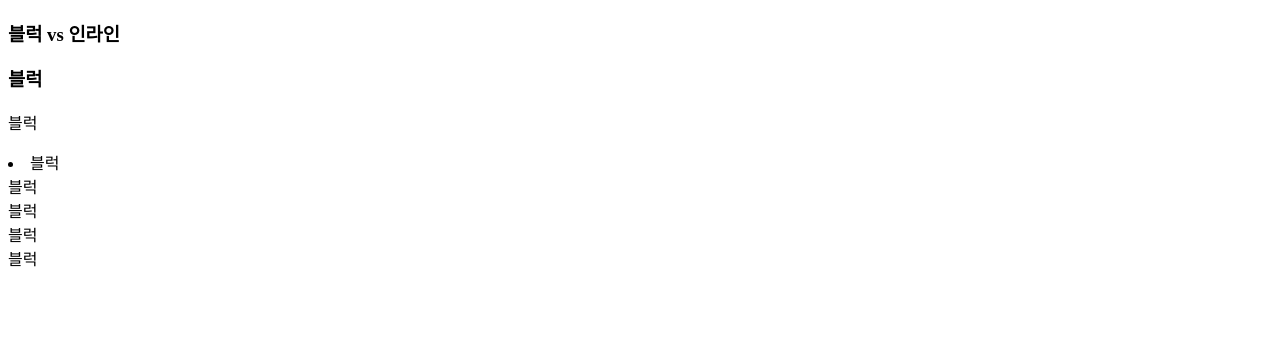
Repository: YeonHaw/jsp
Page: JSPBasic/src/main/webapp/HTML/Index06.html
These files come from the project's save history. The page is drawn as it stood at one moment and after the next save; the edit follows.
The browser window is 1280 px wide. The pictures show the whole page.

Above is the page before, as saved 2023-12-27 03:42:15.

After the next save:
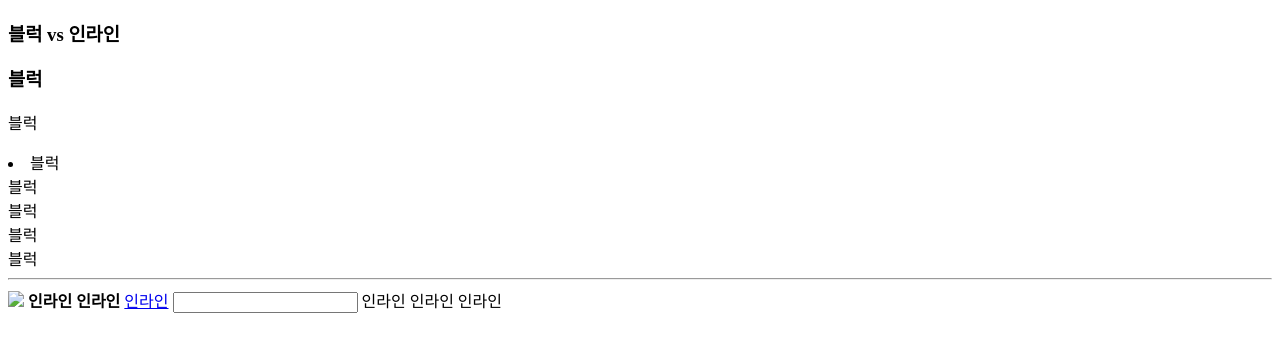
Saved 3 min 34 s later.
--- a/JSPBasic/src/main/webapp/HTML/Index06.html
+++ b/JSPBasic/src/main/webapp/HTML/Index06.html
@@ -27,4 +27,15 @@
 		<div>블럭</div>
 		<div>블럭</div>
 		<div>블럭</div>
+
+		<hr>
+
+		<img src="#"/>
+		<b>인라인</b>
+		<strong>인라인</strong>
+		<a href="#">인라인</a>
+		<input type="text">
+		<span>인라인</span>
+		<span>인라인</span>
+		<span>인라인</span>
 </html>
